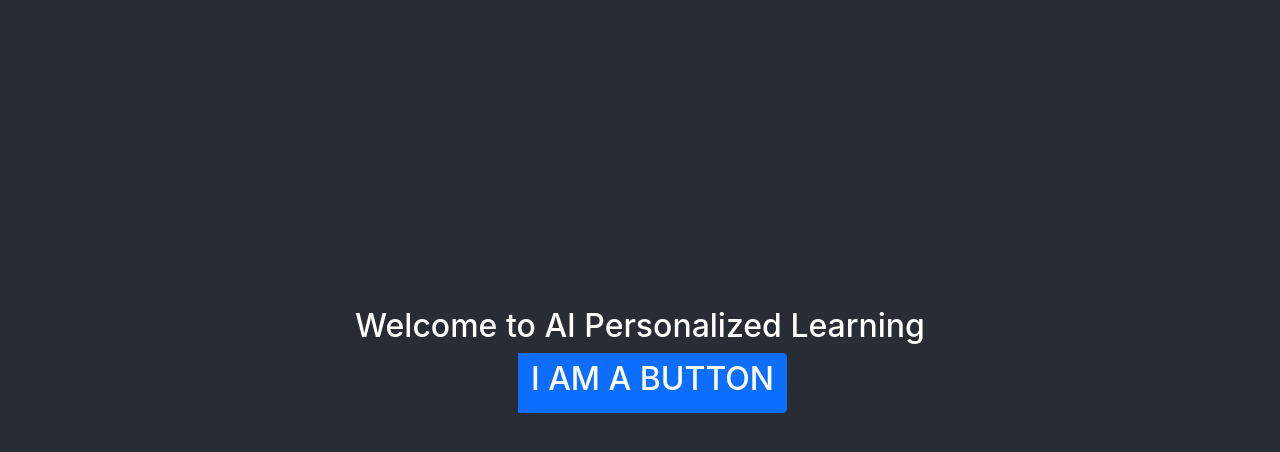
Repository: SP23-CSCE482/team_hunnid_app
Page: /
The author's editor kept a copy of each file at every save. The page is drawn from the files as they stood at one save, then again after the next save.
The browser window is 1280 px wide. The pictures show the whole page.
The project was rebuilt for these pictures with package versions that can differ from the ones it lists, and the page was loaded fresh each time.

Above is the page before, as saved 2023-02-08 20:00:57.

After the next save:
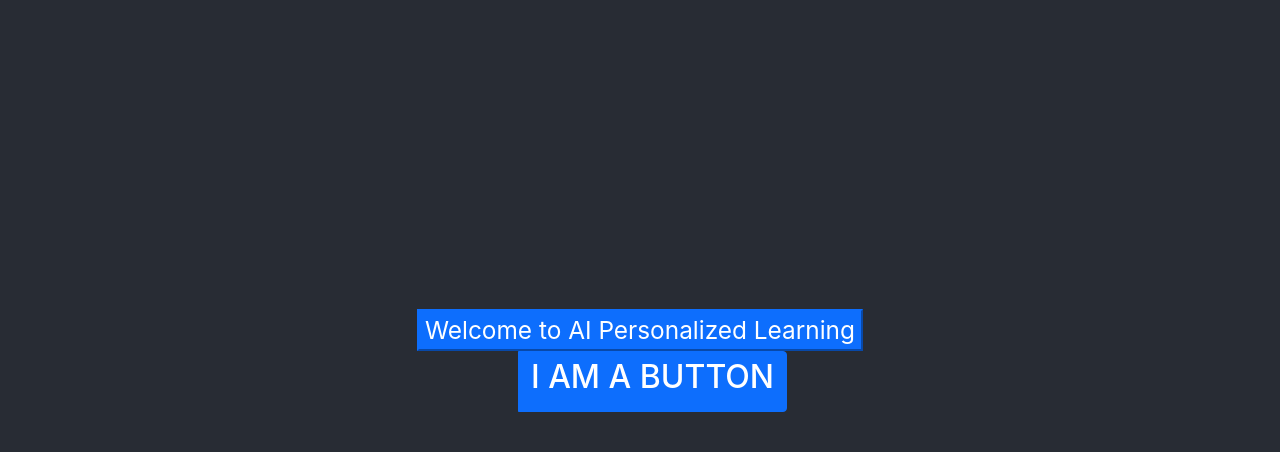
Saved 36 s later.
--- a/src/App.js
+++ b/src/App.js
@@ -5,7 +5,9 @@
   return (
     <div className="App">
       <header className="App-header">
-        <h2>Welcome to AI Personalized Learning</h2>
+        <button className={`btn-primary`}>
+          Welcome to AI Personalized Learning
+        </button>
         <div className="btn-group">
           <button
             className={`text-capitalize btn btn-lg"`}
